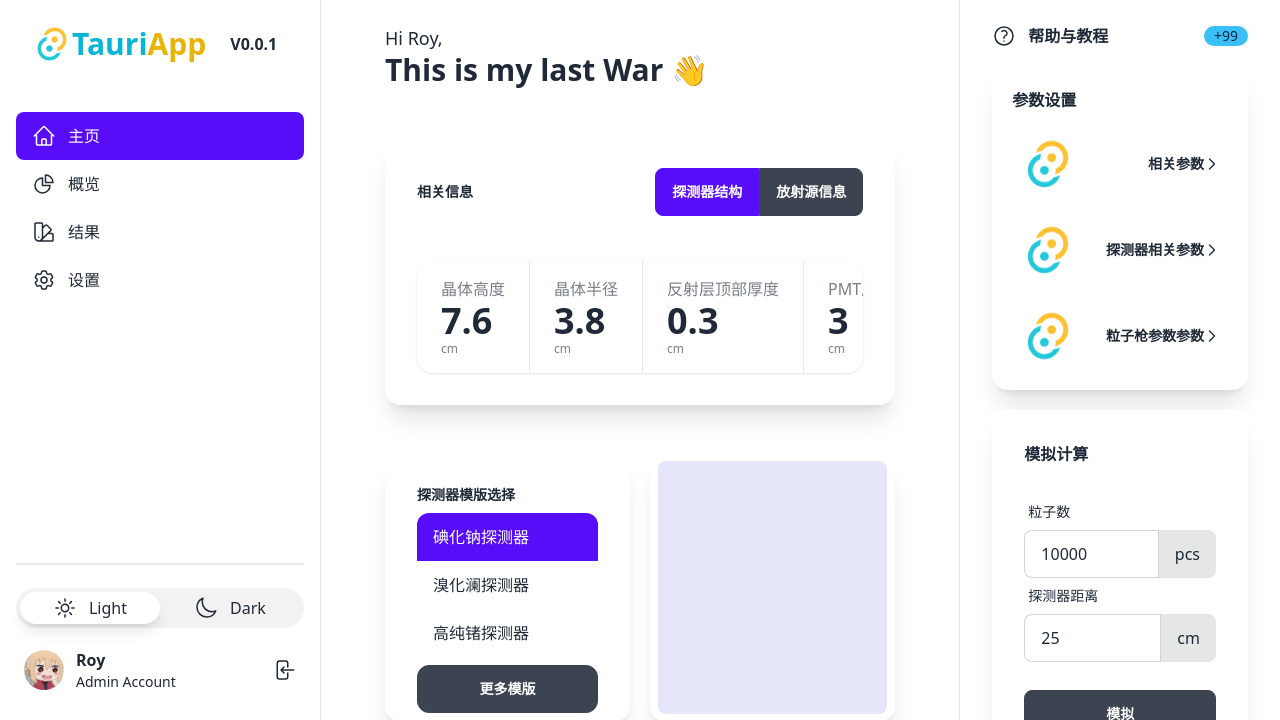
Repository: XMZOVO/tauri-geant4
Page: /
These files come from the project's save history. The page is drawn as it stood at one moment and after the next save; the edit follows.
The browser window is 1280 px wide. The pictures show the whole page.
The page's requests for data from a server got no answer. An inner scrolling area shows only its first screen. The project was rebuilt for these pictures with package versions that can differ from the ones it lists, and the page was loaded fresh each time. No one was signed in, and anything a server would have sent is missing. Also part of the build but not shown: vite.config.ts.

Above is the page before, as saved 2022-09-11 19:20:25.

After the next save:
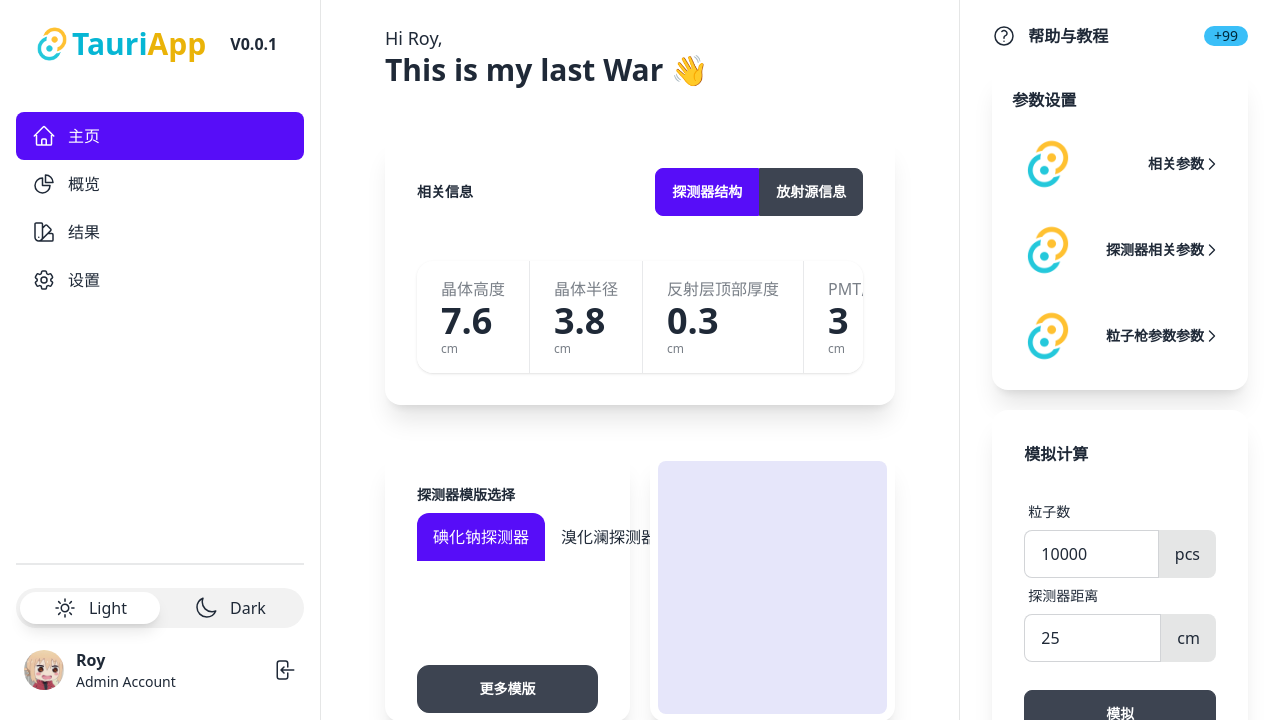
Saved 23 s later.
--- a/src/components/Home.vue
+++ b/src/components/Home.vue
@@ -191,7 +191,7 @@
             <ul
               class="menu h-full w-full justify-between rounded-xl bg-base-100"
             >
-              <li v-for="(item, index) in detectorList">
+              <li v-for="(item, index) in detectorList" class="h-full">
                 <a :class="{ [`active`]: index == activeDetector }">{{
                   item.name
                 }}</a>

After the 3 saves that followed:
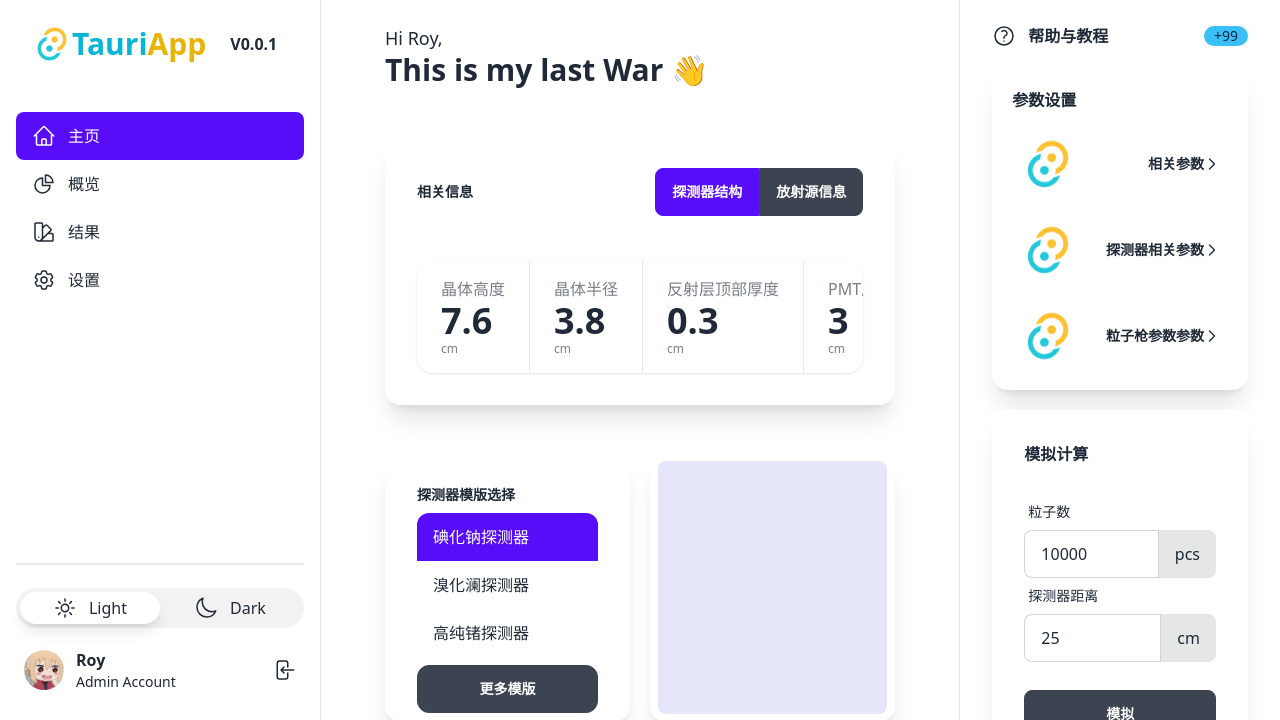
The 3 saves are shown as one change because 1 left the picture as it was and some came seconds apart.
The last was saved 19 s later.
--- a/src/components/Home.vue
+++ b/src/components/Home.vue
@@ -188,10 +188,8 @@
           <div class="card-body">
             <p class="text-sm font-semibold">探测器模版选择</p>
             <!-- item -->
-            <ul
-              class="menu h-full w-full justify-between rounded-xl bg-base-100"
-            >
-              <li v-for="(item, index) in detectorList" class="h-full">
+            <ul class="menu h-full w-full rounded-xl bg-base-100">
+              <li v-for="(item, index) in detectorList">
                 <a :class="{ [`active`]: index == activeDetector }">{{
                   item.name
                 }}</a>
